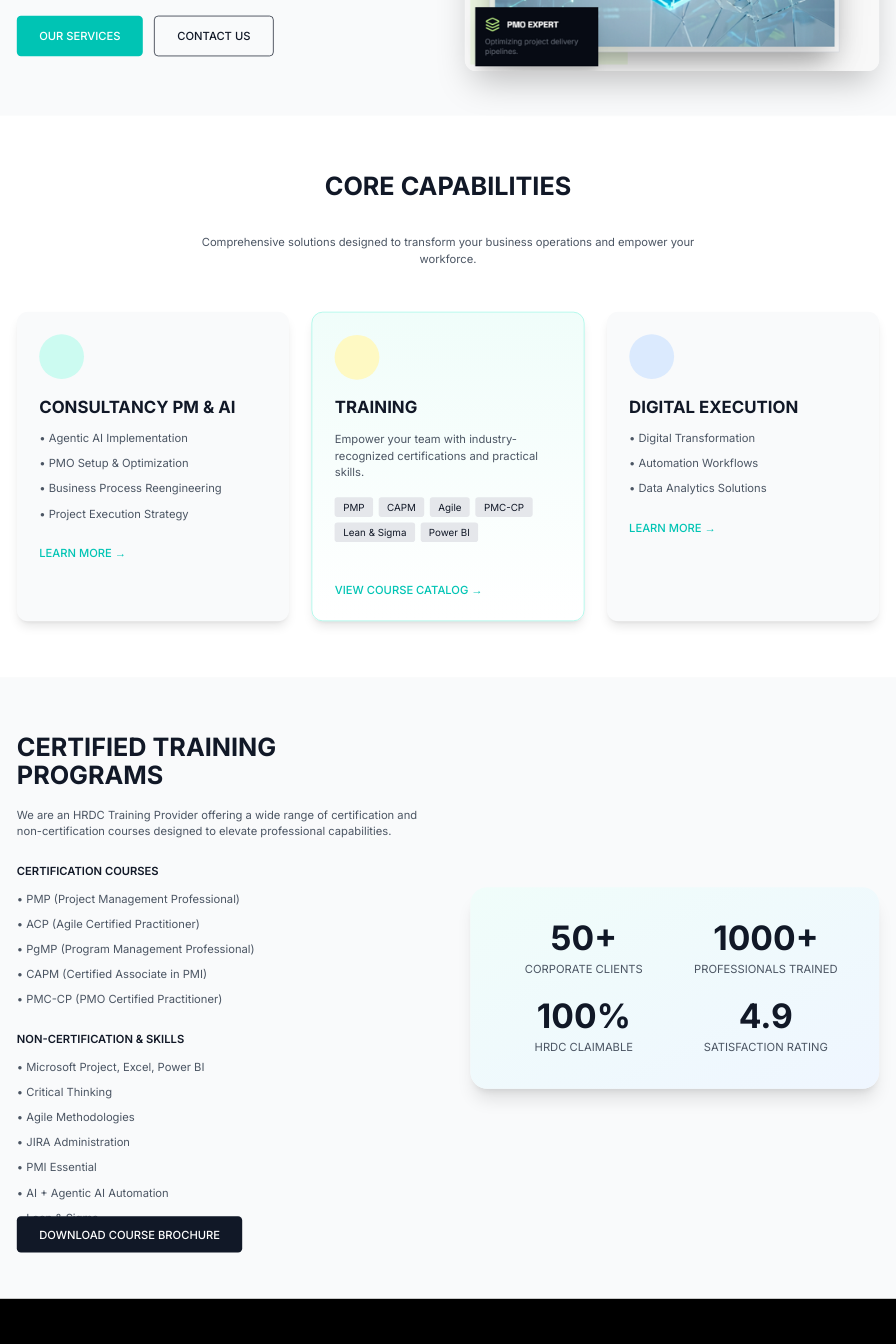
Repository: hsuntariq/web-pages
Page: impact/index.html
The author's editor kept a copy of each file at every save. The page is drawn from the files as they stood at one save, then again after the next save.
The browser window is 1280 px wide. The pictures show the part of the page from y = 459 to 2379 px (the page is 4158 px tall before and 4070 px after), at 70% of full size.
Some web libraries are served in a nearby version.

Above is the page before, as saved 2025-12-28 20:21:52.

### impact/index.html
<!DOCTYPE html>
<html lang="en" class="scroll-smooth">
  <head>
    <meta charset="UTF-8" />
    <meta name="viewport" content="width=device-width, initial-scale=1.0" />
    <title>
      Impact Through Execution – HRDC Certified Training Provider Malaysia
    </title>
    <meta
      name="description"
      content="HRDC certified training provider offering PMP, CAPM, Agile, AI in PM, and digital transformation courses in Malaysia. Consultancy, corporate training, and execution solutions."
    />
    <script src="https://cdn.tailwindcss.com"></script>
    <script>
      tailwind.config = {
        theme: {
          extend: {
            colors: {
              primary: "#00C4B4", // teal for buttons
              accent: "#122F87", // dark blue for accents
            },
          },
        },
      };
    </script>
    <link
      href="https://fonts.googleapis.com/css2?family=Inter:wght@400;500;600;700;800&display=swap"
      rel="stylesheet"
    />
    <style>
      body {
        font-family: "Inter", sans-serif;
      }
    </style>
  </head>
  <body class="bg-white text-gray-900">
    <!-- Navigation -->
    <header class="fixed top-0 left-0 right-0 bg-white shadow-md z-50">
      <nav
        class="max-w-7xl mx-auto px-6 py-4 flex items-center justify-between"
      >
        <div class="text-2xl font-bold text-accent">IMPACT</div>
        <div class="hidden md:flex space-x-8 text-sm font-medium">
          <a href="#services" class="hover:text-primary transition">SERVICES</a>
          <a href="#training" class="hover:text-primary transition">TRAINING</a>
          <a href="#about" class="hover:text-primary transition">ABOUT</a>
          <a href="#contact" class="hover:text-primary transition">CONTACT</a>
        </div>
        <a
          href="#"
          class="bg-primary text-white px-6 py-3 rounded-md font-medium hover:bg-primary/90 transition"
          >GET STARTED</a
        >
      </nav>
    </header>

    <!-- Hero Section -->
    <section class="pt-24 pb-16 bg-gray-50">
      <div
        class="max-w-7xl mx-auto px-6 grid lg:grid-cols-2 gap-12 items-center"
      >
        <div>
          <img
            src="https://precisionwellness.my/wp-content/uploads/2025/06/HRDC_Claimable_Registered_Training_Provider_Logos-scaled.webp"
            alt="HRDC Certified Training Provider"
            class="h-12 mb-6"
          />
          <h1
            class="text-5xl md:text-6xl font-bold text-gray-900 leading-tight"
          >
            IMPACT<br />
            <span
              class="bg-gradient-to-r text-transparent from-teal-500 bg-clip-text to-green-400"
            >
              THROUGH
            </span>
            <br />EXECUTION
          </h1>
          <p
            class="text-lg text-gray-600 border border-l-3 border-teal-400 border-2 border-t-0 border-b-0 border-e-0 ps-5 mt-6 mb-8"
          >
            We bring value that has strong impact to the organization &
            individual through Consultancy, Training, and Digital Execution.
          </p>
          <div class="flex flex-col sm:flex-row gap-4">
            <a
              href="#"
              class="bg-primary text-white px-8 py-4 rounded-md font-medium hover:bg-primary/90 transition"
              >OUR SERVICES</a
            >
            <a
              href="#"
              class="border border-gray-900 text-gray-900 px-8 py-4 rounded-md font-medium hover:bg-gray-900 hover:text-white transition"
              >CONTACT US</a
            >
          </div>
        </div>
        <div class="relative">
          <img
            src="./hero.PNG"
            alt="Agentic AI transforming project management"
            class="rounded-2xl shadow-2xl w-full"
          />
          <!-- <div
            class="absolute top-4 right-4 bg-black text-white px-4 py-2 rounded-md text-sm font-medium"
          >
            AGENTIC AI
          </div> -->
          <!-- <div
            class="absolute bottom-4 left-4 bg-black text-white px-6 py-3 rounded-md font-medium"
          >
            PMO EXPERT<br />Delivering project delivery excellence
          </div> -->
        </div>
      </div>
    </section>

    <!-- Core Capabilities -->
    <section class="py-20 bg-white">
      <div class="max-w-7xl mx-auto px-6">
        <h2 class="text-4xl font-bold text-center mb-12">CORE CAPABILITIES</h2>
        <p class="text-center text-gray-600 mb-16 max-w-3xl mx-auto">
          Comprehensive solutions designed to transform your business operations
          and empower your workforce.
        </p>
        <div class="grid grid-cols-1 md:grid-cols-3 gap-8">
          <!-- Consultancy PM & AI -->
          <div class="bg-gray-50 rounded-2xl p-8 shadow-lg">
            <div class="bg-teal-100 w-16 h-16 rounded-full mb-6"></div>
            <h3 class="text-2xl font-bold mb-4">CONSULTANCY PM & AI</h3>
            <ul class="space-y-3 text-gray-600">
              <li>• Agentic AI Implementation</li>
              <li>• PMO Setup & Optimization</li>
              <li>• Business Process Reengineering</li>
              <li>• Project Execution Strategy</li>
            </ul>
            <a
              href="#"
              class="mt-8 inline-block text-primary font-medium hover:underline"
              >LEARN MORE →</a
            >
          </div>
          <!-- Training -->
          <div
            class="bg-gradient-to-b from-teal-50 to-white rounded-2xl p-8 shadow-lg border border-teal-200"
          >
            <div class="bg-yellow-100 w-16 h-16 rounded-full mb-6"></div>
            <h3 class="text-2xl font-bold mb-4">TRAINING</h3>
            <p class="text-gray-600 mb-6">
              Empower your team with industry-recognized certifications and
              practical skills.
            </p>
            <div class="flex flex-wrap gap-2 mb-6">
              <span class="bg-gray-200 px-3 py-1 rounded text-sm">PMP</span>
              <span class="bg-gray-200 px-3 py-1 rounded text-sm">CAPM</span>
              <span class="bg-gray-200 px-3 py-1 rounded text-sm">Agile</span>
              <span class="bg-gray-200 px-3 py-1 rounded text-sm">PMC-CP</span>
              <span class="bg-gray-200 px-3 py-1 rounded text-sm"
                >Lean & Sigma</span
              >
              <span class="bg-gray-200 px-3 py-1 rounded text-sm"
                >Power BI</span
              >
            </div>
            <a
              href="#"
              class="mt-8 inline-block text-primary font-medium hover:underline"
              >VIEW COURSE CATALOG →</a
            >
          </div>
          <!-- Digital Execution -->
          <div class="bg-gray-50 rounded-2xl p-8 shadow-lg">
            <div class="bg-blue-100 w-16 h-16 rounded-full mb-6"></div>
            <h3 class="text-2xl font-bold mb-4">DIGITAL EXECUTION</h3>
            <ul class="space-y-3 text-gray-600">
              <li>• Digital Transformation</li>
              <li>• Automation Workflows</li>
              <li>• Data Analytics Solutions</li>
            </ul>
            <a
              href="#"
              class="mt-8 inline-block text-primary font-medium hover:underline"
              >LEARN MORE →</a
            >
          </div>
        </div>
      </div>
    </section>

    <!-- Certified Training Programs -->
    <section class="py-20 bg-gray-50">
      <div
        class="max-w-7xl mx-auto px-6 grid lg:grid-cols-2 gap-16 items-center"
      >
        <div>
          <h2 class="text-4xl font-bold mb-6">CERTIFIED TRAINING PROGRAMS</h2>
          <p class="text-gray-600 mb-8">
            We are an HRDC Training Provider offering a wide range of
            certification and non-certification courses designed to elevate
            professional capabilities.
          </p>
          <div class="space-y-8">
            <div>
              <h4 class="font-semibold mb-4">CERTIFICATION COURSES</h4>
              <ul class="space-y-3 text-gray-600">
                <li>• PMP (Project Management Professional)</li>
                <li>• ACP (Agile Certified Practitioner)</li>
                <li>• PgMP (Program Management Professional)</li>
                <li>• CAPM (Certified Associate in PMI)</li>
                <li>• PMC-CP (PMO Certified Practitioner)</li>
              </ul>
            </div>
            <div>
              <h4 class="font-semibold mb-4">NON-CERTIFICATION & SKILLS</h4>
              <ul class="space-y-3 text-gray-600">
                <li>• Microsoft Project, Excel, Power BI</li>
                <li>• Critical Thinking</li>
                <li>• Agile Methodologies</li>
                <li>• JIRA Administration</li>
                <li>• PMI Essential</li>
                <li>• AI + Agentic AI Automation</li>
                <li>• Lean & Sigma</li>
              </ul>
            </div>
            <a
              href="#"
              class="bg-gray-900 text-white px-8 py-4 rounded-md font-medium hover:bg-gray-800 transition"
              >DOWNLOAD COURSE BROCHURE</a
            >
          </div>
        </div>
        <div
          class="bg-gradient-to-br from-teal-50 to-blue-50 rounded-3xl p-12 shadow-xl"
        >
          <div class="grid grid-cols-2 gap-8 text-center">
            <div>
              <div class="text-5xl font-bold text-gray-900">50+</div>
              <p class="text-gray-600 mt-2">CORPORATE CLIENTS</p>
            </div>
            <div>
              <div class="text-5xl font-bold text-gray-900">1000+</div>
              <p class="text-gray-600 mt-2">PROFESSIONALS TRAINED</p>
            </div>
            <div>
              <div class="text-5xl font-bold text-gray-900">100%</div>
              <p class="text-gray-600 mt-2">HRDC CLAIMABLE</p>
            </div>
            <div>
              <div class="text-5xl font-bold text-gray-900">4.9</div>
              <p class="text-gray-600 mt-2">SATISFACTION RATING</p>
            </div>
          </div>
        </div>
      </div>
    </section>

    <!-- Upcoming Classes -->
    <section class="py-16 bg-black text-white text-center">
      <div class="max-w-7xl mx-auto px-6">
        <h2 class="text-4xl font-bold mb-4">UPCOMING CLASSES</h2>
        <p class="text-lg mb-10">
          Ready to level up? Check out our schedule for the latest PMP, Agile,
          and AI workshops.
        </p>
        <a
          href="#"
          class="bg-primary text-white px-10 py-5 rounded-md text-lg font-medium hover:bg-primary/90 transition inline-block"
          >VIEW CLASS SCHEDULE →</a
        >
      </div>
    </section>

    <!-- Double Impact Advantage -->
    <section class="py-20 bg-white">
      <div class="max-w-7xl mx-auto px-6">
        <h2 class="text-4xl font-bold text-center mb-12">
          THE DOUBLE IMPACT ADVANTAGE
        </h2>
        <p class="text-center text-gray-600 mb-16 max-w-3xl mx-auto">
          We don’t just teach; we ensure transformation. Our unique methodology
          guarantees results for both the individual and the organization.
        </p>
        <div class="grid lg:grid-cols-2 gap-12 items-center">
          <div class="space-y-12">
            <div class="flex gap-6">
              <div
                class="bg-teal-100 w-16 h-16 rounded-full flex-shrink-0"
              ></div>
              <div>
                <h4 class="font-bold text-xl">AI STUDY COMPANION</h4>
                <p class="text-gray-600">
                  Learning doesn’t stop when the class ends. Our Custom AI tutor
                  helps students study after sessions, reinforcing concepts and
                  answering questions 24/7.
                </p>
              </div>
            </div>
            <div class="flex gap-6">
              <div
                class="bg-teal-100 w-16 h-16 rounded-full flex-shrink-0"
              ></div>
              <div>
                <h4 class="font-bold text-xl">POST-CLASS COACHING</h4>
                <p class="text-gray-600">
                  We provide dedicated coaching sessions to ensure knowledge is
                  applied correctly in the real world, maximizing the ROI for
                  the organization.
                </p>
              </div>
            </div>
            <div class="flex gap-6">
              <div
                class="bg-teal-100 w-16 h-16 rounded-full flex-shrink-0"
              ></div>
              <div>
                <h4 class="font-bold text-xl">DOUBLE THE IMPACT</h4>
                <p class="text-gray-600">
                  By combining cutting-edge tech with human mentorship, we
                  deliver exponential growth. Better skills for the employee,
                  better results for the company.
                </p>
              </div>
            </div>
          </div>
          <div class="relative">
            <div class="bg-gray-900 rounded-3xl p-12 shadow-2xl text-white">
              <div class="flex justify-between items-start mb-8">
                <div class="text-4xl font-bold">100% Success</div>
                <div class="text-yellow-400">★★★★★</div>
              </div>
              <p class="text-2xl font-bold mb-6">PMP Certificate Holder Rate</p>
              <blockquote class="text-lg italic mb-8">
                “I was worried about the PMP exam, but the AI tutor made it a
                breeze! It was actually... fun?”
              </blockquote>
              <p class="font-medium">— John S.</p>
              <blockquote class="text-lg italic mt-8 mb-8">
                “The only thing agile about me before this was how fast I ran
                away from spreadsheets. Now I'm a pro!”
              </blockquote>
              <p class="font-medium">— Amanda L.</p>
              <a
                href="#"
                class="mt-10 inline-block text-primary font-medium hover:underline"
                >SEE MORE SUCCESS STORIES →</a
              >
            </div>
          </div>
        </div>
      </div>
    </section>

    <!-- CTA -->
    <section
      class="py-20"
      style="
        background-image: url('https://thumbs.dreamstime.com/b/creative-glowing-blue-forex-chart-wallpaper-grid-invest-finance-concept-stock-market-chart-business-graph-background-159151545.jpg');
        background-size: cover;
        background-position: center;
      "
    >
      <div class="max-w-7xl mx-auto px-6 text-center text-white">
        <h2 class="text-5xl font-bold mb-6">READY TO MAKE AN IMPACT?</h2>
        <p class="text-xl mb-12">
          Let’s discuss how our consultancy and training solutions can drive
          your organization forward.
        </p>
        <div class="flex flex-col sm:flex-row gap-6 justify-center">
          <a
            href="#"
            class="bg-primary text-white px-10 py-5 rounded-md text-lg font-medium hover:bg-primary/90 transition"
            >GET IN TOUCH</a
          >
          <a
            href="#"
            class="border-2 border-white text-white px-10 py-5 rounded-md text-lg font-medium hover:bg-white hover:text-black transition"
            >VIEW CASE STUDIES</a
          >
        </div>
      </div>
    </section>

    <!-- Footer -->
    <footer class="bg-black text-white py-12">
      <div class="max-w-7xl mx-auto px-6 grid md:grid-cols-4 gap-8">
        <div>
          <div class="text-3xl font-bold mb-4">IMPACT</div>
          <p class="text-sm text-gray-400">
            We bring value that has strong impact to the organization &
            individual through Consultancy, Training, and Digital Execution.
          </p>
        </div>
        <div>
          <h4 class="font-bold mb-4">SERVICES</h4>
          <ul class="space-y-2 text-sm text-gray-400">
            <li>Consultancy PM & AI</li>
            <li>Corporate Training</li>
            <li>Digital Execution</li>
            <li>Business Process Reengineering</li>
          </ul>
        </div>
        <div>
          <h4 class="font-bold mb-4">COMPANY</h4>
          <ul class="space-y-2 text-sm text-gray-400">
            <li>About Us</li>
            <li>Contact</li>
            <li>Careers</li>
            <li>Privacy Policy</li>
          </ul>
        </div>
        <div class="text-right">
          <p class="text-sm text-gray-400">
            © 2025 Impact. All rights reserved.
          </p>
          <p class="text-xs text-gray-500 mt-4">
            HRDC Training Provider Certified
          </p>
        </div>
      </div>
    </footer>
  </body>
</html>

After the next save:
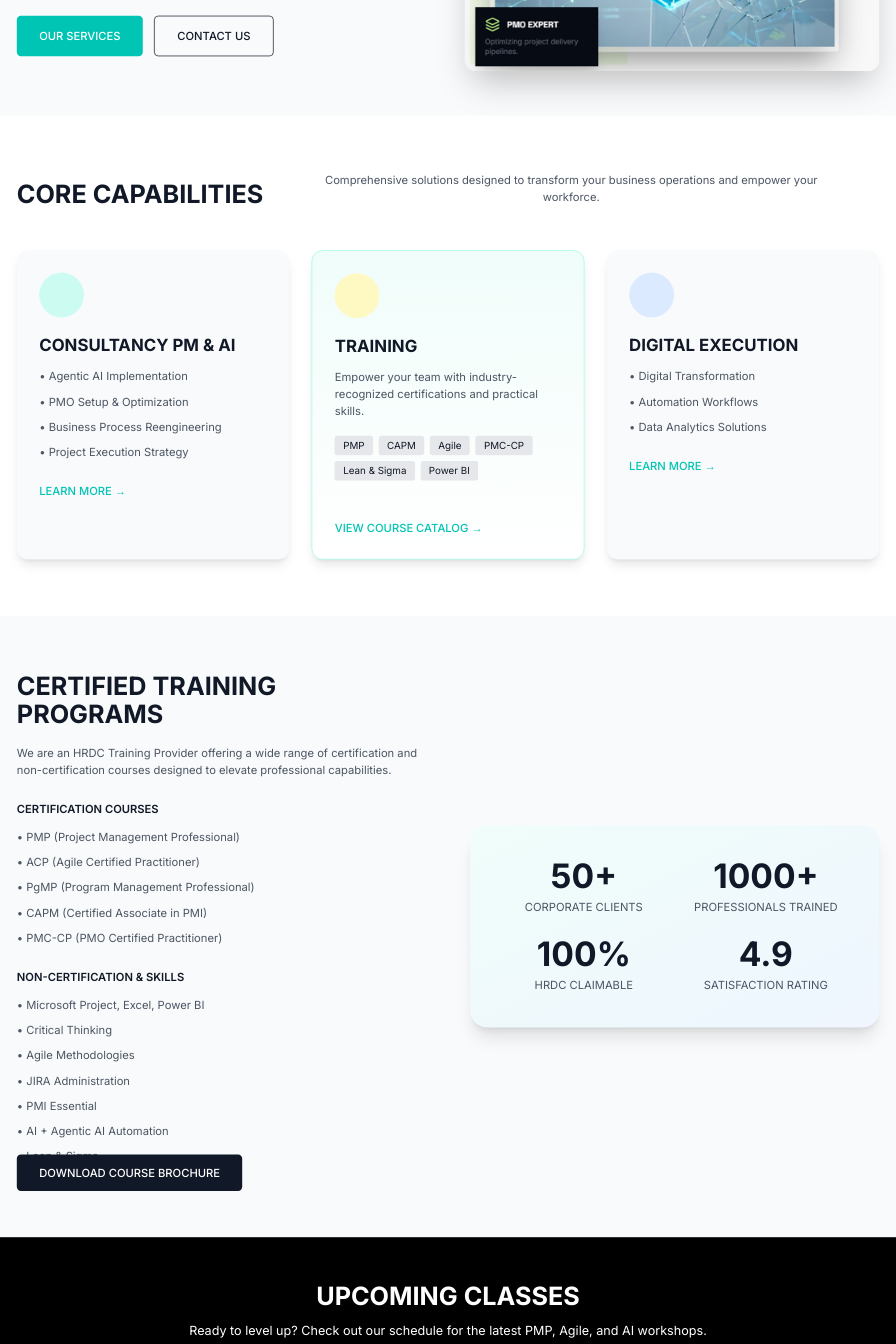
Saved 34 s later.
--- a/impact/index.html
+++ b/impact/index.html
@@ -118,11 +118,15 @@
     <!-- Core Capabilities -->
     <section class="py-20 bg-white">
       <div class="max-w-7xl mx-auto px-6">
-        <h2 class="text-4xl font-bold text-center mb-12">CORE CAPABILITIES</h2>
-        <p class="text-center text-gray-600 mb-16 max-w-3xl mx-auto">
-          Comprehensive solutions designed to transform your business operations
-          and empower your workforce.
-        </p>
+        <div class="flex justify-between items-center">
+          <h2 class="text-4xl font-bold text-center mb-12">
+            CORE CAPABILITIES
+          </h2>
+          <p class="text-center text-gray-600 mb-16 max-w-3xl mx-auto">
+            Comprehensive solutions designed to transform your business
+            operations and empower your workforce.
+          </p>
+        </div>
         <div class="grid grid-cols-1 md:grid-cols-3 gap-8">
           <!-- Consultancy PM & AI -->
           <div class="bg-gray-50 rounded-2xl p-8 shadow-lg">
